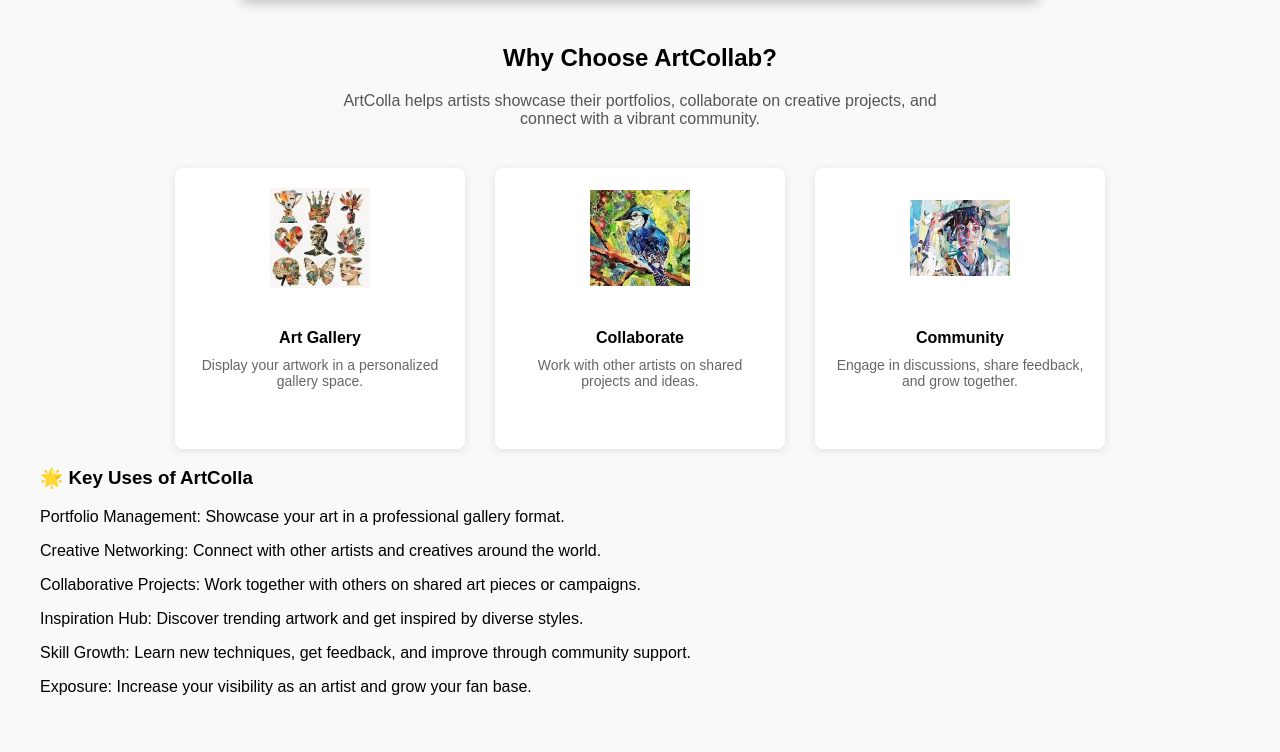
Repository: jeevanReddyP/ArtCollab_App
Page: index.html
These files come from the project's save history. The page is drawn as it stood at one moment and after a run of saves; the edit follows.
The browser window is 1280 px wide. The pictures show the part of the page from y = 498 to 1250 px (the page is 1250 px tall).

Above is the page before, as saved 2025-06-11 16:51:08.

After the next 8 saves:
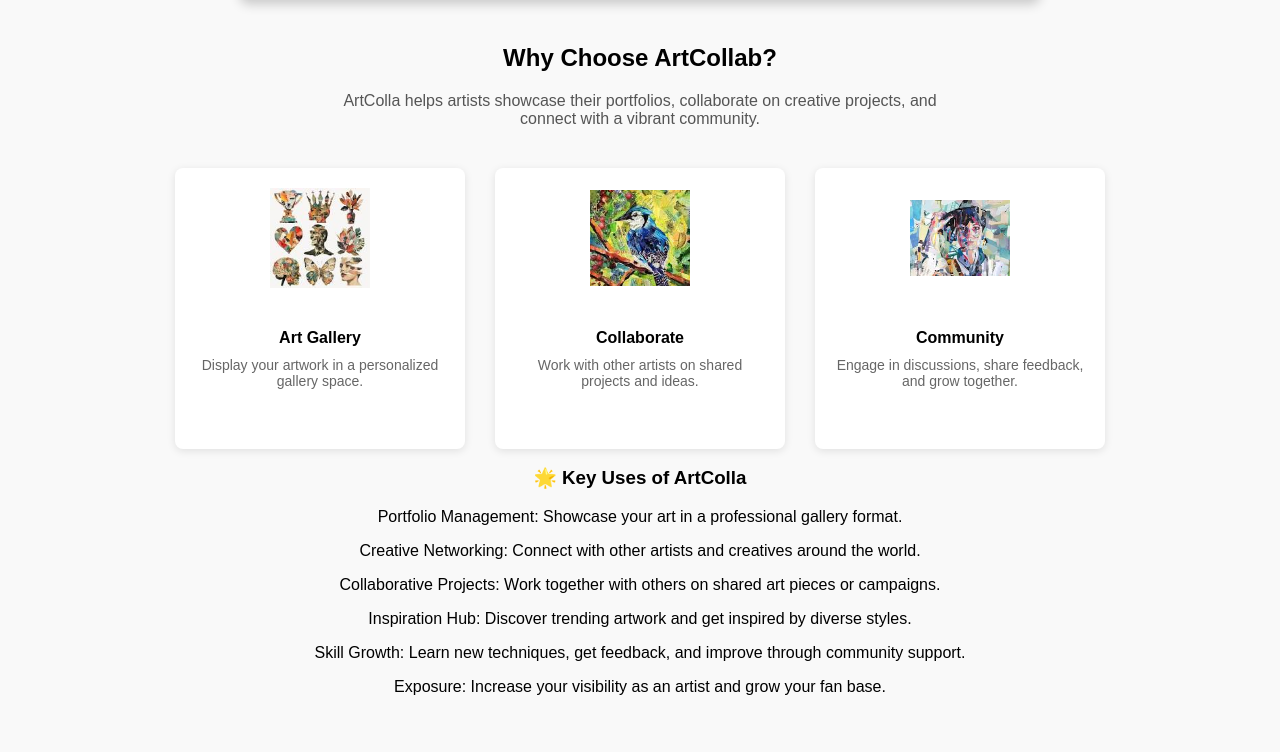
The 8 saves are shown as one change because they came seconds apart.
The last was saved 50 s later.
--- a/index.css
+++ b/index.css
@@ -94,3 +94,6 @@ transition: backgroun-color 0.3s;
   font-size: 14px;
   color: #666;
 }
+.discription{
+    text-align: center;
+}
